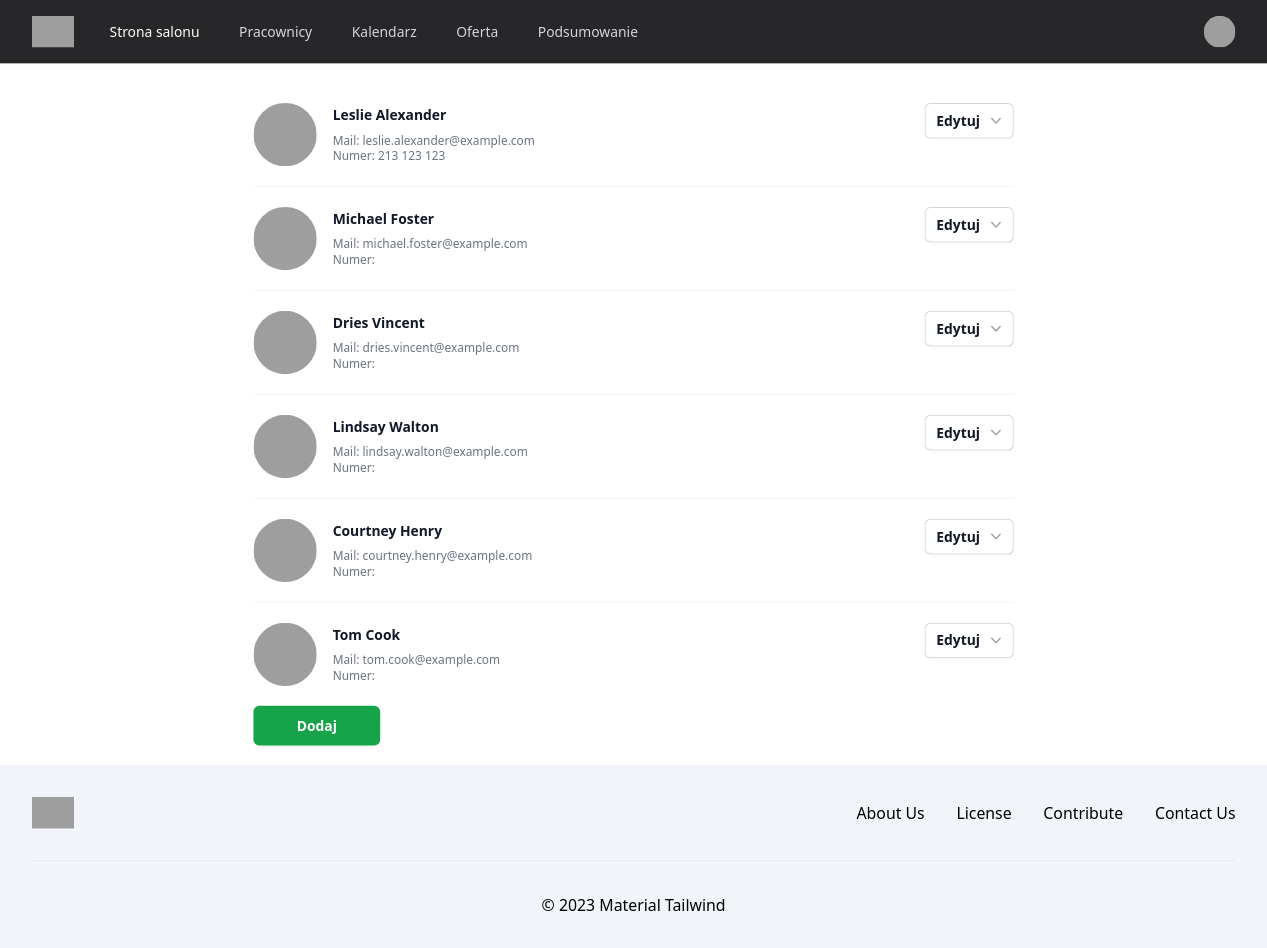
Repository: PrzemyslawJura/my-app
Page: /pracownicy (app in frontend/)
These files come from the project's save history. The page is drawn as it stood at one moment and after the next save; the edit follows.
The browser window is 1280 px wide. The pictures show the whole page, at 99% of full size.
Pictures or frames that could not be fetched are drawn as grey boxes. The page's requests for data from a server got no answer. The project was rebuilt for these pictures with package versions that can differ from the ones it lists, and the page was loaded fresh each time. No one was signed in, and anything a server would have sent is missing. Also part of the build but not shown: frontend/src/components/Location.jsx, frontend/src/home/Feature.jsx, frontend/src/shared_np_buttony_inputy_kalendarze_itp/PaginationTile.jsx, frontend/src/home/Pagination.jsx, frontend/src/home/Listbox.jsx, frontend/src/home/StepOne.jsx, frontend/src/home/StepTwo.jsx, frontend/src/home/SalonOffer.jsx and 21 more.

Above is the page before, as saved 2023-11-24 11:40:30.

### frontend/src/index.js
import React from 'react';
import ReactDOM from 'react-dom/client';
import './index.css';
import App from './core/App';
import reportWebVitals from './reportWebVitals';
import { BrowserRouter } from 'react-router-dom';

const root = ReactDOM.createRoot(document.getElementById('root'));
root.render(
  <React.StrictMode>
    <BrowserRouter>
      <App />
    </BrowserRouter>
  </React.StrictMode>
);

// If you want to start measuring performance in your app, pass a function
// to log results (for example: reportWebVitals(console.log))
// or send to an analytics endpoint. Learn more: https://bit.ly/CRA-vitals
reportWebVitals();

### frontend/src/index.css
@tailwind base;
html {
  scroll-behavior: smooth;
}

@tailwind components;
@tailwind utilities;

### frontend/src/core/App.jsx
import BrowserRoutes from "./BrowserRoutes"
import FooterWithLogo from "./Footer"
import NavbarBiznes from "./NavbarBiznes";
import NavbarHome from "./NavbarHome";



export default function App() {
  let navigationBar = <NavbarHome/>
  function userIsLogin(user)
  {
    if (user == false) navigationBar = <NavbarBiznes/>
    else navigationBar = <NavbarHome/>
  }
  return (
    <>
      {userIsLogin(false)}
      {navigationBar}
      <BrowserRoutes/>
      <FooterWithLogo/>
    </>
  )
}

### frontend/src/core/BrowserRoutes.jsx
import Home from "../home/Home"
import CalendarOfWork from "../biznes/CalendarOfWork"
import SalonPage from "../biznes/SalonPage"
import Workers from "../biznes/Workers"
import Services from "../biznes/Services"
import { Route, Routes } from "react-router-dom"
import NavbarBiznes from "./NavbarBiznes"

export default function BrowserRoutes() {
  return (
      <Routes>
        <Route path="/" element={<Home/>}/>
        <Route path="/stronasalonu" element={<SalonPage/>}/>
        <Route path="/pracownicy" element={<Workers/>}/>
        <Route path="/kalendarz" element={<CalendarOfWork/>}/>
        <Route path="/oferta" element={<Services/>}/>
      </Routes>
  )
}

### frontend/src/core/Footer.jsx
import { Typography } from "@material-tailwind/react";

export default function FooterWithLogo() {
  return (
    <footer id="footer" className="w-full p-8 bg-slate-100">
      <div className="flex flex-row flex-wrap items-center justify-center gap-y-6 gap-x-12 text-center md:justify-between">
      <img
        className="h-8 w-auto"
        src="https://tailwindui.com/img/logos/mark.svg?color=green&shade=600"
        alt=""
      />
        <ul className="flex flex-wrap items-center gap-y-2 gap-x-8">
          <li>
            <Typography
              as="a"
              href="#"
              color="blue-gray"
              className="font-normal transition-colors hover:text-blue-500 focus:text-blue-500"
            >
              About Us
            </Typography>
          </li>
          <li>
            <Typography
              as="a"
              href="#"
              color="blue-gray"
              className="font-normal transition-colors hover:text-blue-500 focus:text-blue-500"
            >
              License
            </Typography>
          </li>
          <li>
            <Typography
              as="a"
              href="#"
              color="blue-gray"
              className="font-normal transition-colors hover:text-blue-500 focus:text-blue-500"
            >
              Contribute
            </Typography>
          </li>
          <li>
            <Typography
              as="a"
              href="#"
              color="blue-gray"
              className="font-normal transition-colors hover:text-blue-500 focus:text-blue-500"
            >
              Contact Us
            </Typography>
          </li>
        </ul>
      </div>
      <hr className="my-8 border-blue-gray-50" />
      <Typography color="blue-gray" className="text-center font-normal">
        &copy; 2023 Material Tailwind
      </Typography>
    </footer>
  );
}

### frontend/src/core/NavbarBiznes.jsx
import { Fragment } from 'react'
import { Disclosure, Menu, Transition } from '@headlessui/react'
import { Bars3Icon, XMarkIcon } from '@heroicons/react/24/outline'


const navigation = [
  { name: 'Strona salonu', href: '/stronasalonu', current: true },
  { name: 'Pracownicy', href: '/pracownicy', current: false },
  { name: 'Kalendarz', href: '/kalendarz', current: false },
  { name: 'Oferta', href: '/oferta', current: false },
  { name: 'Podsumowanie', href: '/podsumowanie', current: false },
]

function classNames(...classes) {
  return classes.filter(Boolean).join(' ')
}

export default function NavbarBiznes({}) {
  return (
    <Disclosure as="nav" className="bg-zinc-800">
      {({ open }) => (
        <>
          <div className="mx-auto max-w-7xl px-2 sm:px-6 lg:px-8">
            <div className="relative flex h-16 items-center justify-between">
              <div className="absolute inset-y-0 left-0 flex items-center sm:hidden">
                {/* Mobile menu button*/}
                <Disclosure.Button className="relative inline-flex items-center justify-center rounded-md p-2 text-gray-400 hover:bg-gray-700 hover:text-white focus:outline-none focus:ring-2 focus:ring-inset focus:ring-white">
                  <span className="absolute -inset-0.5" />
                  <span className="sr-only">Open main menu</span>
                  {open ? (
                    <XMarkIcon className="block h-6 w-6" aria-hidden="true" />
                  ) : (
                    <Bars3Icon className="block h-6 w-6" aria-hidden="true" />
                  )}
                </Disclosure.Button>
              </div>
              <div className="flex flex-1 items-center justify-center sm:items-stretch sm:justify-start">
                <div className="flex flex-shrink-0 items-center">
                  <img
                    className="h-8 w-auto"
                    src="https://tailwindui.com/img/logos/mark.svg?color=green&shade=500"
                    alt="Your Company"
                  />
                </div>
                <div className="hidden sm:ml-6 sm:block">
                  <div className="flex space-x-4">
                    {navigation.map((item) => (
                      <a
                        key={item.name}
                        href={item.href}
                        className={classNames(
                          item.current ? 'bg-zinc-800 text-white' : 'text-gray-300 hover:bg-zinc-600 hover:text-white',
                          'rounded-md px-3 py-2 text-sm font-medium'
                        )}
                        aria-current={item.current ? 'page' : undefined}
                      >
                        {item.name}
                      </a>
                    ))}
                  </div>
                </div>
              </div>
              <div className="absolute inset-y-0 right-0 flex items-center pr-2 sm:static sm:inset-auto sm:ml-6 sm:pr-0">
                {/* Profile dropdown */}
                <Menu as="div" className="relative ml-3">
                  <div>
                    <Menu.Button className="relative flex rounded-full bg-gray-800 text-sm focus:outline-none focus:ring-2 focus:ring-white focus:ring-offset-2 focus:ring-offset-gray-800">
                      <span className="absolute -inset-1.5" />
                      <span className="sr-only">Open user menu</span>
                      <img
                        className="h-8 w-8 rounded-full"
                        src="https://images.unsplash.com/photo-1592647420148-bfcc177e2117?ixlib=rb-4.0.3&ixid=M3wxMjA3fDB8MHxwaG90by1wYWdlfHx8fGVufDB8fHx8fA%3D%3D&auto=format&fit=crop&w=2039&q=80"
                        alt=""
                      />
                    </Menu.Button>
                  </div>
                  <Transition
                    as={Fragment}
                    enter="transition ease-out duration-100"
                    enterFrom="transform opacity-0 scale-95"
                    enterTo="transform opacity-100 scale-100"
                    leave="transition ease-in duration-75"
                    leaveFrom="transform opacity-100 scale-100"
                    leaveTo="transform opacity-0 scale-95"
                  >
                    <Menu.Items className="absolute right-0 z-10 mt-2 w-48 origin-top-right rounded-md bg-white py-1 shadow-lg ring-1 ring-black ring-opacity-5 focus:outline-none">
                      <Menu.Item>
                        {({ active }) => (
                          <a
                            href="#"
                            className={classNames(active ? 'bg-gray-100' : '', 'block px-4 py-2 text-sm text-gray-700')}
                          >
                            Twój profil
                          </a>
                        )}
                      </Menu.Item>
                      <Menu.Item>
                        {({ active }) => (
                          <a
                            href="#"
                            className={classNames(active ? 'bg-gray-100' : '', 'block px-4 py-2 text-sm text-gray-700')}
                          >
                            Ustawienia
                          </a>
                        )}
                      </Menu.Item>
                      <Menu.Item>
                        {({ active }) => (
                          <a
                            href="#"
                            className={classNames(active ? 'bg-gray-100' : '', 'block px-4 py-2 text-sm text-gray-700')}
                          >
                            Wyloguj
                          </a>
                        )}
                      </Menu.Item>
                    </Menu.Items>
                  </Transition>
                </Menu>
              </div>
            </div>
          </div>

          <Disclosure.Panel className="sm:hidden">
            <div className="space-y-1 px-2 pb-3 pt-2">
              {navigation.map((item) => (
                <Disclosure.Button
                  key={item.name}
                  as="a"
                  href={item.href}
                  className={classNames(
                    item.current ? 'bg-gray-900 text-white' : 'text-gray-300 hover:bg-gray-700 hover:text-white',
                    'block rounded-md px-3 py-2 text-base font-medium'
                  )}
                  aria-current={item.current ? 'page' : undefined}
                >
                  {item.name}
                </Disclosure.Button>
              ))}
            </div>
          </Disclosure.Panel>
        </>
      )}
    </Disclosure>
  )
}

### frontend/src/biznes/Workers.jsx
import React, { useState } from 'react'
import AddWorker from "./AddWorker"
import MainButton from "../shared_np_buttony_inputy_kalendarze_itp/MainButton"
import Dropdown from "../shared_np_buttony_inputy_kalendarze_itp/Dropdown"
import Hairdresser from "../components/Hairdresser"
import { useEffect } from 'react';

const people = [
  {
    name: 'Leslie Alexander',
    email: 'leslie.alexander@example.com',
    telephone: '213 123 123',
    role: 'Co-Founder / CEO',
    imageUrl:
      'https://images.unsplash.com/photo-1494790108377-be9c29b29330?ixlib=rb-1.2.1&ixid=eyJhcHBfaWQiOjEyMDd9&auto=format&fit=facearea&facepad=2&w=256&h=256&q=80',
    lastSeen: '3h ago',
    lastSeenDateTime: '2023-01-23T13:23Z',
  },
  {
    name: 'Michael Foster',
    email: 'michael.foster@example.com',
    role: 'Co-Founder / CTO',
    imageUrl:
      'https://images.unsplash.com/photo-1519244703995-f4e0f30006d5?ixlib=rb-1.2.1&ixid=eyJhcHBfaWQiOjEyMDd9&auto=format&fit=facearea&facepad=2&w=256&h=256&q=80',
    lastSeen: '3h ago',
    lastSeenDateTime: '2023-01-23T13:23Z',
  },
  {
    name: 'Dries Vincent',
    email: 'dries.vincent@example.com',
    role: 'Business Relations',
    imageUrl:
      'https://images.unsplash.com/photo-1506794778202-cad84cf45f1d?ixlib=rb-1.2.1&ixid=eyJhcHBfaWQiOjEyMDd9&auto=format&fit=facearea&facepad=2&w=256&h=256&q=80',
    lastSeen: null,
  },
  {
    name: 'Lindsay Walton',
    email: 'lindsay.walton@example.com',
    role: 'Front-end Developer',
    imageUrl:
      'https://images.unsplash.com/photo-1517841905240-472988babdf9?ixlib=rb-1.2.1&ixid=eyJhcHBfaWQiOjEyMDd9&auto=format&fit=facearea&facepad=2&w=256&h=256&q=80',
    lastSeen: '3h ago',
    lastSeenDateTime: '2023-01-23T13:23Z',
  },
  {
    name: 'Courtney Henry',
    email: 'courtney.henry@example.com',
    role: 'Designer',
    imageUrl:
      'https://images.unsplash.com/photo-1438761681033-6461ffad8d80?ixlib=rb-1.2.1&ixid=eyJhcHBfaWQiOjEyMDd9&auto=format&fit=facearea&facepad=2&w=256&h=256&q=80',
    lastSeen: '3h ago',
    lastSeenDateTime: '2023-01-23T13:23Z',
  },
  {
    name: 'Tom Cook',
    email: 'tom.cook@example.com',
    role: 'Director of Product',
    imageUrl:
      'https://images.unsplash.com/photo-1472099645785-5658abf4ff4e?ixlib=rb-1.2.1&ixid=eyJhcHBfaWQiOjEyMDd9&auto=format&fit=facearea&facepad=2&w=256&h=256&q=80',
    lastSeen: null,
  },
]

const sortOptions = [
  { name: 'Zmień dane', href: '#', current: true },
  { name: 'Usuń pracownika', href: '#', current: true },
  { name: 'Dodaj nieobecność', href: '#', current: true }
]



export default function Workers() {
  const [isShown, setIsShown] = useState(0);
  const [salons, setSalons] = useState([]);

  useEffect(() => {
    fetch('https://localhost:7230/Salons/WorkersWithSalonId/1')
      .then((res) => res.json())
      .then((result) => {
        setSalons(result);
        console.log(result)
      });
  }, [])

  return (
    <>
        <div className="w-3/5 m-auto my-5 ">
            <ul role="list" className="divide-y divide-gray-100">
              {people.map((person) => (
                <li key={person.email} className="flex justify-between gap-x-6 py-5">
                  <Hairdresser person={person}/>
                  <Dropdown title="Edytuj" options={sortOptions}/>
                </li>
              ))}
            </ul>
            <span onClick={() => setIsShown(1)}>
              <MainButton text="Dodaj"/>
              </span>
            {isShown == 1 && <AddWorker setIsShown={setIsShown} />}
            {/*}{isShown == 2 && <AddService setIsShown={setIsShown} />}{*/}

        </div>
    </>
  )
}

### frontend/src/shared_np_buttony_inputy_kalendarze_itp/MainButton.jsx
export default function MainButton({text}) {
    return (
        <button
        type="submit"
        className="w-20 sm:w-32 flex-none rounded-md bg-green-600 px-3.5 py-2.5 text-sm font-semibold max-h-10 my-auto
                   text-white shadow-sm hover:bg-green-400 focus-visible:outline focus-visible:outline-2
                   focus-visible:outline-offset-2 focus-visible:outline-indigo-500"
        >
        {text}
        </button>
    )}

### frontend/src/components/Hairdresser.jsx
export default function Hairdresser({person}) {
    return (
      <>
          <div className="flex min-w-0 gap-x-4">
            <img className="h-16 w-16 flex-none rounded-full bg-gray-50" src={person.imageUrl} alt="" />
            <div className="min-w-0 flex-auto">
              <p className="text-sm font-semibold leading-6 text-gray-900">{person.name}</p>
              <p className="mt-1 truncate text-xs leading-5 text-gray-500">Mail: {person.email}</p>
              <p className="truncate text-xs leading-3 text-gray-500">Numer: {person.telephone}</p>
            </div>
          </div>
    </>
  )}

### frontend/src/shared_np_buttony_inputy_kalendarze_itp/Dropdown.jsx
import { Fragment } from 'react'
import { Menu, Transition } from '@headlessui/react'
import { ChevronDownIcon } from '@heroicons/react/20/solid'

function classNames(...classes) {
  return classes.filter(Boolean).join(' ')
}

export default function Dropdown({title, options}) {
    return (
      <Menu as="div" className="relative ml-3">
      <Menu.Button className="inline-flex items-center rounded-md bg-white px-3 py-2 text-sm font-semibold text-gray-900 shadow-sm ring-1 ring-inset ring-gray-300 hover:ring-gray-400">
        {title}
        <ChevronDownIcon className="-mr-1 ml-1.5 h-5 w-5 text-gray-400" aria-hidden="true" />
      </Menu.Button>

      <Transition
        as={Fragment}
        enter="transition ease-out duration-200"
        enterFrom="transform opacity-0 scale-95"
        enterTo="transform opacity-100 scale-100"
        leave="transition ease-in duration-75"
        leaveFrom="transform opacity-100 scale-100"
        leaveTo="transform opacity-0 scale-95"
      >
        <Menu.Items className="absolute right-0 z-10 mt-2 w-40 origin-top-right rounded-md bg-white shadow-2xl ring-1 ring-black ring-opacity-5 focus:outline-none">
          <div className="py-1">
          {options.map((option) => (
            <Menu.Item key={option.name}>
            {({ active }) => (
              <a
              href={option.href}
              className={classNames(
              option.current ? 'font-medium text-gray-900' : 'text-gray-500',
              active ? 'bg-gray-100' : '',
              'block px-4 py-2 text-sm'
              )}
              >
                {option.name}
              </a>
            )}
            </Menu.Item>
          ))}
          </div>
        </Menu.Items>
      </Transition>
    </Menu>
    )}

### frontend/tailwind.config.js
/** @type {import('tailwindcss').Config} */
module.exports = {
  content: [
    "./src/**/*.{js,jsx,ts,tsx}",
  ],
  theme: {
    extend: {
      backgroundImage: {
        /*https://unsplash.com/photos/EW_rqoSdDes?utm_source=unsplash&utm_medium=referral&utm_content=creditShareLink*/
        /*author: Nathon Oski*/
        'main-image': "url('/src/assets/main-image.jpg')",
      },
      backgroundColor: {
        'bgGray': '#f8f9fa',
      }
    },
  },
  plugins: [],
}

Loaded but not shown: frontend/public/index.html (common file); frontend/src/reportWebVitals.js (common file)

After the next save:
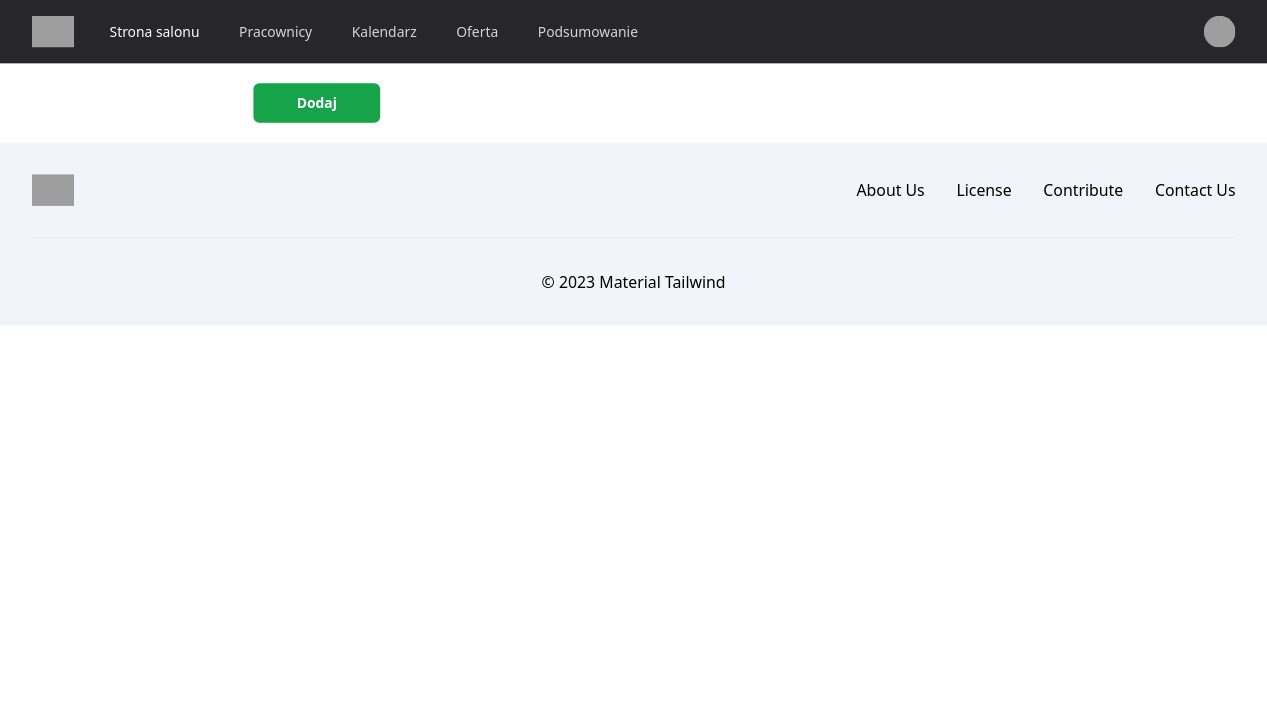
Saved 108 s later.
--- a/frontend/src/biznes/Workers.jsx
+++ b/frontend/src/biznes/Workers.jsx
@@ -71,13 +71,13 @@ const sortOptions = [
 
 export default function Workers() {
   const [isShown, setIsShown] = useState(0);
-  const [salons, setSalons] = useState([]);
+  const [workers, setWorkers] = useState([]);
 
   useEffect(() => {
     fetch('https://localhost:7230/Salons/WorkersWithSalonId/1')
       .then((res) => res.json())
       .then((result) => {
-        setSalons(result);
+        setWorkers(result);
         console.log(result)
       });
   }, [])
@@ -86,8 +86,8 @@ export default function Workers() {
     <>
         <div className="w-3/5 m-auto my-5 ">
             <ul role="list" className="divide-y divide-gray-100">
-              {people.map((person) => (
-                <li key={person.email} className="flex justify-between gap-x-6 py-5">
+              {workers.map((person) => (
+                <li key={person.id} className="flex justify-between gap-x-6 py-5">
                   <Hairdresser person={person}/>
                   <Dropdown title="Edytuj" options={sortOptions}/>
                 </li>
